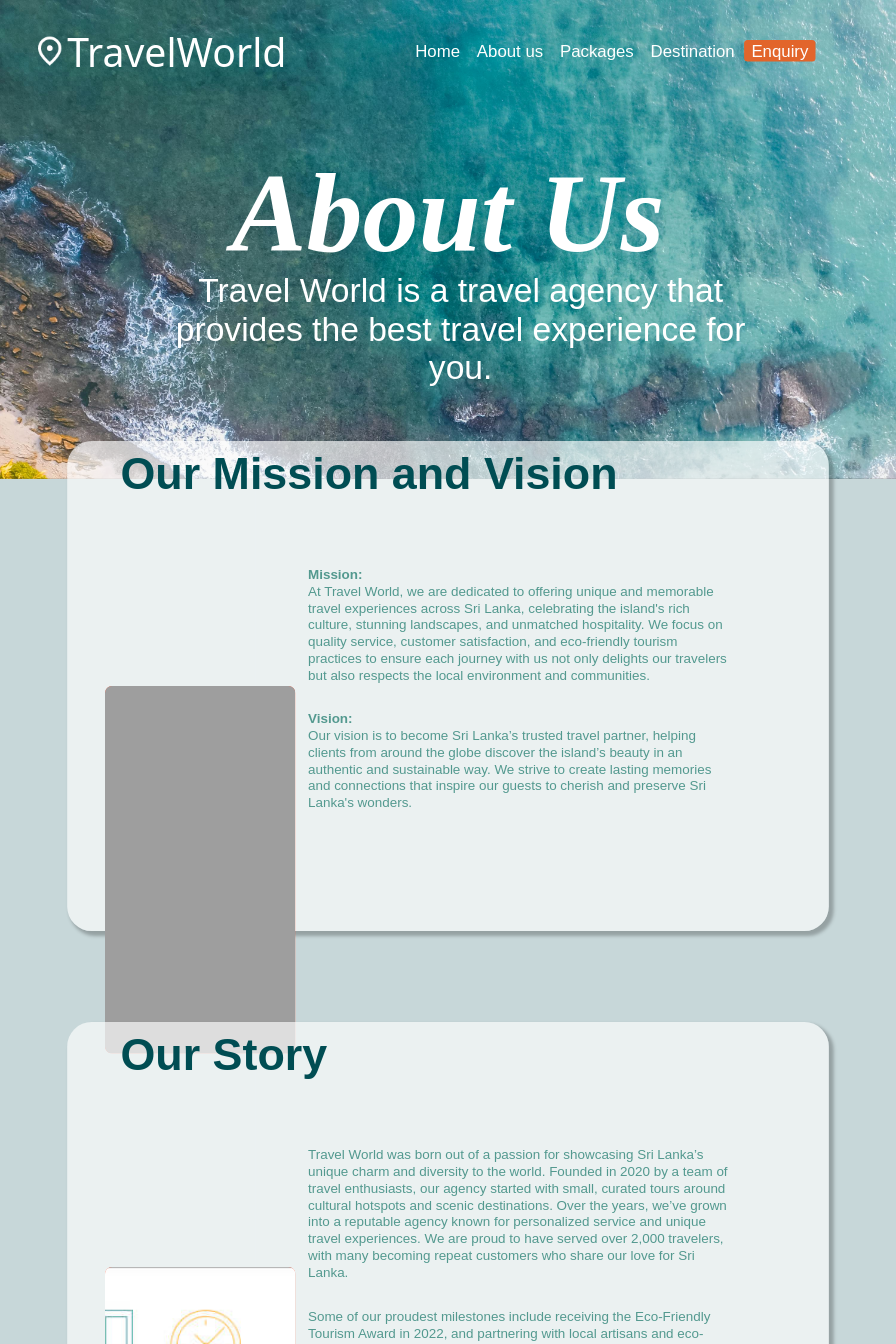
Repository: Haakim19/TavelWorld
Page: HTML/Aboutus.html
An editor plug-in stored every save of this project. The page is shown before and after the next save, followed by the edit.
The browser window is 1280 px wide. The pictures show the part of the page from y = 0 to 1920 px (the page is 5265 px tall), at 70% of full size.
Pictures or frames that could not be fetched are drawn as grey boxes. Some web fonts or font styles are not loaded; a fallback is used.

Above is the page before, as saved 2024-11-03 16:12:19.

### HTML/Aboutus.html
<!DOCTYPE html>
<html lang="en">
    <head>
        <meta charset="UTF-8" />
		<meta name="viewport" content="width=device-width, initial-scale=1.0" />
		<title>Travel World</title>
        <link rel="icon" href="../Assets/icon/location.png" type="image/png">
        <link rel="stylesheet" href="../CSS/Navbar.CSS">
        <link rel="stylesheet" href="../CSS/Aboutus.css">
        <link rel="preconnect" href="https://fonts.googleapis.com">
        <link rel="preconnect" href="https://fonts.gstatic.com" crossorigin>
        <link href="https://fonts.googleapis.com/css2?family=Irish+Grover&family=Jaldi:wght@400;700&family=Playwrite+GB+S:ital,wght@0,100..400;1,100..400&display=swap" rel="stylesheet">
</head>
<body>
        <div class="bg-img">
            <!-- Navigation Bar -->
            <nav class="navbar">
                <div class="logo">
                    <img src="../Assets/icon/location.png" alt="" />
                    Travel <span>World</span>
                </div>
                <div class="page">
                    <a href="Home.html">Home</a>
                    <a href="Aboutus.html">About us</a>
                    <a href="Packages.html">Packages</a>
                    <a href="Destination.html">Destination</a>
                    <a href="Enquiry.html" class="enquiry-btn">Enquiry</a>
                </div>
            </nav>
            <section class="hero">
                <div class="hero-overlay">
                    <h1>About Us</h1>
                    <p>Travel World is a travel agency that provides the best travel experience for you.</p>
                </div>
            </section>
            <img class="hero-img" src="../Assets/Images/beach.jpg" alt="">
            <div class="container cont1">
                <h2>Our Mission and Vision</h2>
                <div class="box box1">
                    <img src="../Assets/Images/Aboutus/vision-mission.jpeg" alt="">
                </div>
                <section class="mission-vision">
                    <p><strong>Mission:</strong> At Travel World, we are dedicated to offering unique and memorable travel experiences across Sri Lanka, celebrating the island's rich culture, stunning landscapes, and unmatched hospitality. We focus on quality service, customer satisfaction, and eco-friendly tourism practices to ensure each journey with us not only delights our travelers but also respects the local environment and communities.</p>
                    <p><strong>Vision:</strong> Our vision is to become Sri Lanka’s trusted travel partner, helping clients from around the globe discover the island’s beauty in an authentic and sustainable way. We strive to create lasting memories and connections that inspire our guests to cherish and preserve Sri Lanka's wonders.</p>
                </section>
            </div>
            <div class="container cont1">
                <h2>Our Story</h2>
                <div class="box box2">
                    <img src="../Assets/Images/Aboutus/story.jpg" alt="">

                </div>
                <section class="our-story">
                    <p>Travel World was born out of a passion for showcasing Sri Lanka’s unique charm and diversity to the world. Founded in 2020 by a team of travel enthusiasts, our agency started with small, curated tours around cultural hotspots and scenic destinations. Over the years, we’ve grown into a reputable agency known for personalized service and unique travel experiences. We are proud to have served over 2,000 travelers, with many becoming repeat customers who share our love for Sri Lanka.</p>
                    <p>Some of our proudest milestones include receiving the Eco-Friendly Tourism Award in 2022, and partnering with local artisans and eco-lodges to promote responsible tourism across the island. Every step of our journey reflects our commitment to providing high-quality, enriching travel experiences.</p>
                </section>
            </div>
            <div class="container cont1">
                <h2>Why Choose Us?</h2>
                <div class="box box3">
                    <img src="../Assets/Images/Aboutus/choose us.png" alt="">

                </div>
                <section class="why-choose-us">
                    <p><strong>Customized Travel Packages:</strong> We understand that each traveler is unique. Our team designs personalized itineraries that align with your interests, whether you’re seeking adventure, relaxation, cultural immersion, or wildlife encounters.</p>
                    <p><strong>Experienced Guides:</strong> Our guides are locals with extensive knowledge of Sri Lanka’s history, culture, and hidden gems. They’re not just guides but storytellers, committed to making each trip insightful and unforgettable.</p>
                    <p><strong>Community Partnerships:</strong> We believe in supporting the communities we visit. Travel World collaborates with local artisans, small businesses, and eco-friendly lodges, helping to uplift communities while offering you an authentic experience.</p>
                    <p><strong>Eco-Conscious Practices:</strong> Sustainability is at the heart of what we do. From promoting reusable travel items to organizing beach clean-ups, we strive to reduce our footprint and inspire travelers to be eco-conscious too.</p>
                </section>
            </div>
            <div class="container team">
                <h2>Our Team</h2>
                <div class="box box4">
                    <div class="box-content">
                        <h3><strong>Haakim Ajmal</strong></h3>
                        <h4 class="position">Founder and CEO</h4>
                        <h5>With over 15 years in the travel industry,
                            Haakim founded Travel World to share Sri Lanka’s hidden wonders with the world.
                            His vision and commitment to responsible tourism shape every aspect of our agency.</h5>
                    </div>
                </div>
                <div class="box box5">
                    <div class="box-content">
                        <h3><strong>Zulkifl Ajmal</strong> </h3>
                        <h4 class="position">Tour Coordinator</h4>
                        <h5>Zulkifl handles the details, ensuring every trip is seamless.
                            Her love for Sri Lanka’s cultural heritage and landscapes shines through in the bespoke tours she designs.</h5>
                    </div>
                </div>
                <div class="box box6">
                    <div class="box-content">
                        <h3><strong>Zoro</strong></h3>
                        <h4 class="position">Senior Tour Guide</h4>
                        <h5>Zoro is a passionate storyteller with a deep knowledge of Sri Lanka’s history,
                            wildlife, and culture. His tours are rich in insights,
                            and he goes above and beyond to ensure every guest has a memorable experience.</h5>
                    </div>
                </div>
            </div>
            <div class="container cont1">
                <h2>Customer Testimonials</h2>
                <div class="box box7">
                    <img src="../Assets/Images/Aboutus/customer.webp" alt="">

                </div>
                <Section class="customer-testimonials">
                    <blockquote>
                        <p>"Traveling with Travel World was a dream come true! The team organized everything seamlessly,
                            and our guide made us feel at home every step of the way.
                            I’ll never forget the whale watching in Mirissa or the warm hospitality we encountered."
                            - <span>Amelia R., United Kingdom</span></p>
                    </blockquote>
                    <blockquote>
                        <p>"We wanted a sustainable travel option, and Travel World exceeded our expectations.
                            Not only did we see incredible places,
                            but we also supported local businesses and learned so much about preserving Sri Lanka’s natural beauty." -
                            <span> Jordan S., Australia</span></p>
                    </blockquote>
                </Section>
            </div>
        </div>
<footer class="footer"></footer>
    <div class="footer-content">
        <div class="footer-section about">
            <h2>About Travel World</h2>
            <p>Travel World is dedicated to providing the best travel experiences across Sri Lanka, focusing on quality service, customer satisfaction, and eco-friendly tourism practices.</p>
        </div>
        <div class="footer-section links">
            <h2>Quick Links</h2>
            <ul>
                <li><a href="Home.html">Home</a></li>
                <li><a href="Aboutus.html">About Us</a></li>
                <li><a href="Packages.html">Packages</a></li>
                <li><a href="Destination.html">Destination</a></li>
                <li><a href="Enquiry.html">Enquiry</a></li>
            </ul>
        </div>
        <div class="footer-section contact">
            <h2>Contact Us</h2>
            <p>Email: info@travelworld.com</p>
            <p>Phone: +94 123 456 789</p>
            <p>Address: 123 Travel Lane, Colombo, Sri Lanka</p>
        </div>
    </div>
    <div class="footer-bottom">
        &copy; 2023 Travel World | Designed by Travel World Team
    </div>
</footer>

</body>
</html>

### CSS/Navbar.CSS
body{
    margin: 0;
    padding: 0;
    /* background-color: #ffffff; */
}
/* Background image */
.bg-img img{
    width: 100%;
    height: 95vh;
    object-fit: cover;
    object-position: top;
    background-attachment: scroll;
}

.hero-img {
    /* filter: blur(2px); */
    position:absolute;
    top: 0;
    z-index: 1;
    background-color:black;;
}
/* Navigation bar */
nav{
    position: relative;
    display: flex;
    align-items: center;
    justify-content: space-between;
    z-index: 1000;
    padding-top: 30px;
}
.logo{
    margin-left: 5vh;
    font-family: "Irish Grover", system-ui;
    color: #ffffff;
    font-size: 3.5rem;
    display: flex;
    justify-content:center;
    align-items: center;
    padding: 5px 10px 5px 10px;
}
.logo img{
    width: 50px;
    height: 50px;
    color: #ffffff;
}

.page {
    margin-right : 16vh;

}

.page a{
    /* display: flex; */
    font-size: 1.5rem;
    color: #ffffff;
    font-family:"Jaldi", sans-serif;
    justify-content: space-evenly;
    align-items: center;
    padding: 2px 10px 2px 10px;
    text-decoration: none;
    transition: all 0.5s ease;
}
.page a:hover{
    color: #E2652B;
}
.page .enquiry-btn{
    background-color:#E2652B;
    color: white;
    border-radius: 5px;
    transition: all 0.5s ease;
}
.page .enquiry-btn:hover{
    color:#E2652B;
    background-color: rgb(255, 255, 255);
    border-radius: 5px;
}
section {
    position: relative;
    z-index: 1000;
    color: #ffffff;
    display: flex;
    flex-direction: column;
    justify-content: center;
    align-items: center;
    margin-top: 1vh;

}

.hero .hero-overlay h1 {
    /* margin-right: 10vh; */
    font-family: "Playwrite GB S", serif;
    font-weight: 700;
    font-style:oblique;
    font-size: 10rem;
    margin-bottom: -10px;
}

.hero .hero-overlay p {
    margin-left: 15vh;
    margin-top: auto;
    font-family: "Bebas Neue", sans-serif;
    font-weight: 500;
    font-style:normal;
    font-size: 3rem;
    margin-right: 10vh;
}

### CSS/Aboutus.css
body{
    background-color:hsla(184, 100%, 16%, 0.221);
}
.hero{
    display: flex;
    flex-direction: row;
    justify-content: center;
    align-items: center;
    margin-top: -5vh;
    margin-left: 10%;
    margin-right: 10%;
    text-align: center;
}
/* All the container style */
.container{
    position:relative;
    width: 85%;
    height: 700px;
    top: -100px;
    background: hsla(0, 0%, 100%, 0.651);
    box-shadow: 5px 5px 5px 2px rgba(0, 0, 0, 0.25);
    border-radius: 35px;
    display: flex;
    justify-content: center;
    align-items: center;
    margin-top: 18vh;
    margin-left: 7.5%;
    margin-right: 7.5%;
    margin-bottom:15vh;
    z-index: 10;
}
.container h2{
    font-family: "Righteous", sans-serif;
    position: absolute;
    left: 7%;
    top: -10%;
    transform: translateY(100%);
    margin-top: 5px;
    color: #004D53;
    font-size: 4rem;
}
/* Our team card */
.team h3{
    font-family: "Righteous", sans-serif;
    font-size: 3rem;
    margin-top: -5.5vh;
    color: #ffffff;
    margin-bottom: -4vh;
    /* margin-left: 30%; */
    text-align: center;
}
.team h4{
    font-family: "Jaldi", sans-serif;
    font-size: 1.5rem;
    color: #ffffff;
    text-align: center;
    margin-bottom: -2vh;
    color:#E2652B;
    /* line-height:4rem; */
    /* font-size: 2rem; */

}
.team h5{
    font-family: "Jaldi", sans-serif;
    font-size: 1rem;
    color: #ffffff;
    text-align: left;
    margin:10%;
}
/* team cards style */
.team .box{
    position:relative;
    background-color:tomato;
    justify-content: space-evenly;
    margin: 40px;
    width: 25%;
    height: 75%;
    box-shadow: 8px 8px 4px rgba(0, 0, 0, 0.25);
    border-radius: 10px;
    z-index: 10;
    transition: all 0.5s ease;
}
/* team cards animation style */
.team .box .box-content{
    color: #fff;
    background-color: rgba(0, 0, 0, 0.5);
    display: flex;
    width: 100%;
    height: 100%;
    flex-direction: column;
    justify-content: center;
    backdrop-filter: blur(5px);
    opacity: 0;
    transition: all 0.5s ease;
    /* z-index: 1100; */
}
.container .box .box-content:hover{
    opacity: 1;
    border-radius:10px
}

.cont1 .box img{
    position:absolute;
    background-color:tomato;
    width: 25%;
    height: 75%;
    right:70%;
    top:-100px
    box-shadow: 8px 8px 4px rgba(0, 0, 0, 0.25);
    border-radius: 10px;
    z-index: 10;
}
.cont1  section p{
    color: #53998F;
    font-family: "Jaldi", sans-serif;
    font-size: 1.2rem;
    padding-left: 200px;
    line-height: 1.5rem;
    max-width: 600px;
    display: flex;
    flex-direction: column;
    align-items:first baseline
}

After the next save:
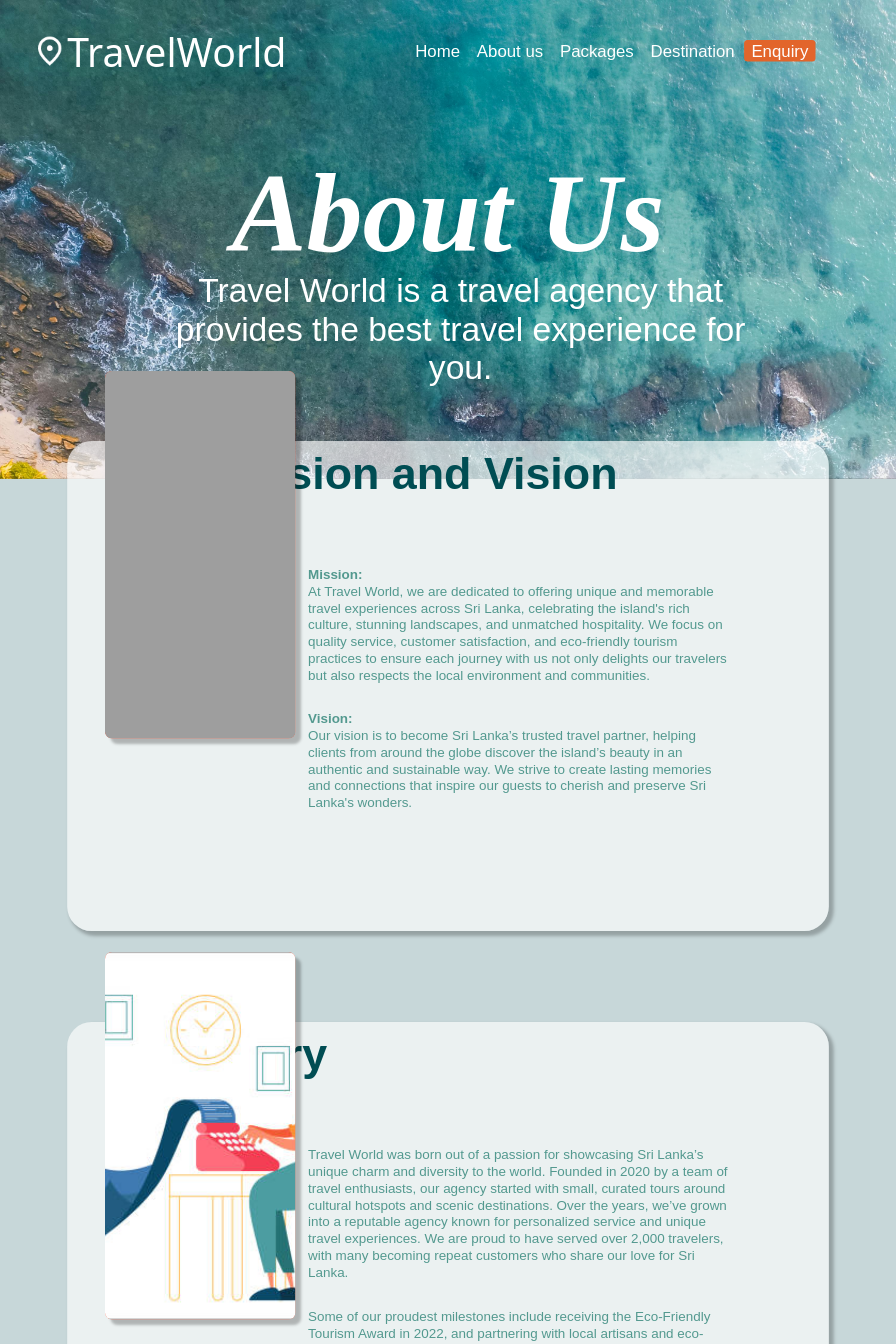
Saved 7 s later.
--- a/CSS/Aboutus.css
+++ b/CSS/Aboutus.css
@@ -105,7 +105,7 @@ body{
     width: 25%;
     height: 75%;
     right:70%;
-    top:-100px
+    top:-100px;
     box-shadow: 8px 8px 4px rgba(0, 0, 0, 0.25);
     border-radius: 10px;
     z-index: 10;
